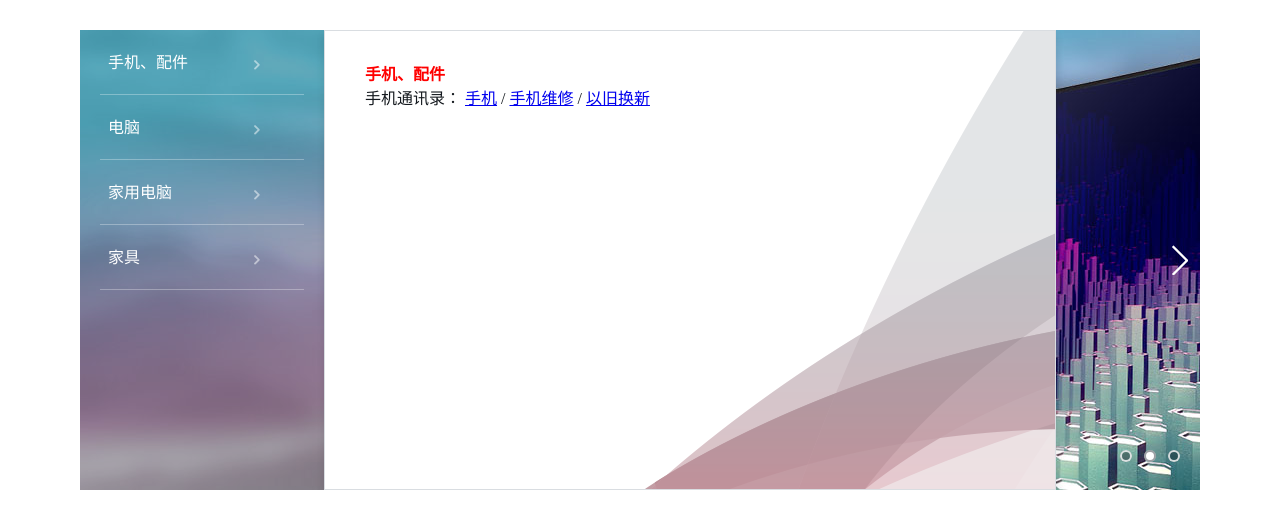
Repository: zhenzhen-gong/JSslider
Page: index.html
An editor plug-in stored every save of this project. The page is shown before and after the next save, followed by the edit.
The browser window is 1280 px wide. The pictures show the whole page.

Above is the page before, as saved 2020-06-06 18:50:26.

After the next save:
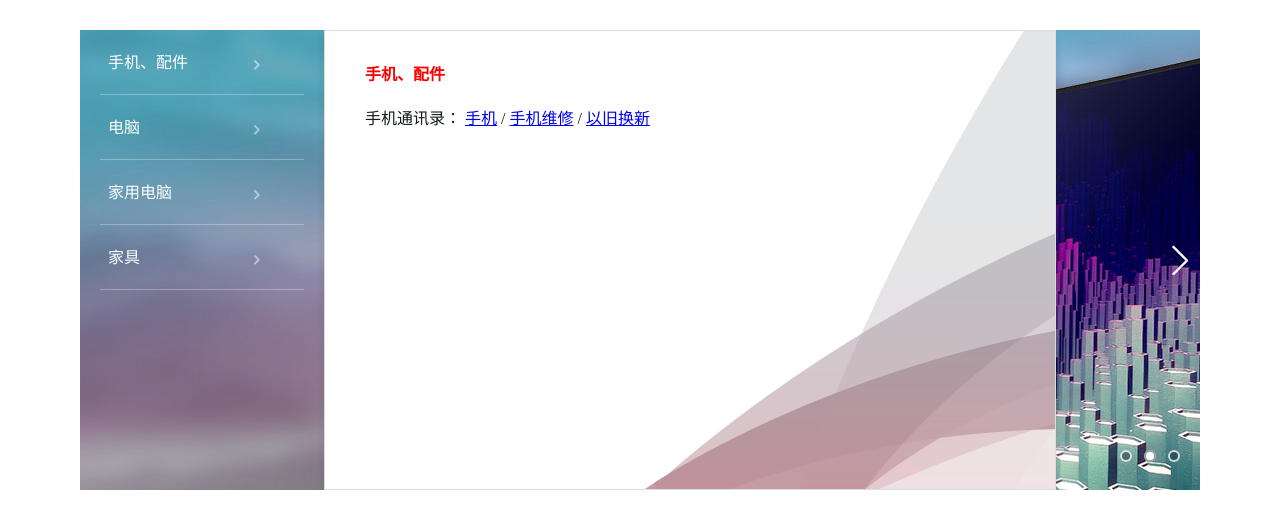
Saved 41 s later.
--- a/style.css
+++ b/style.css
@@ -139,3 +139,6 @@
 .content-box h4{
     color: red;
 }
+.content-box ul{
+    margin-top: 20px;
+}
